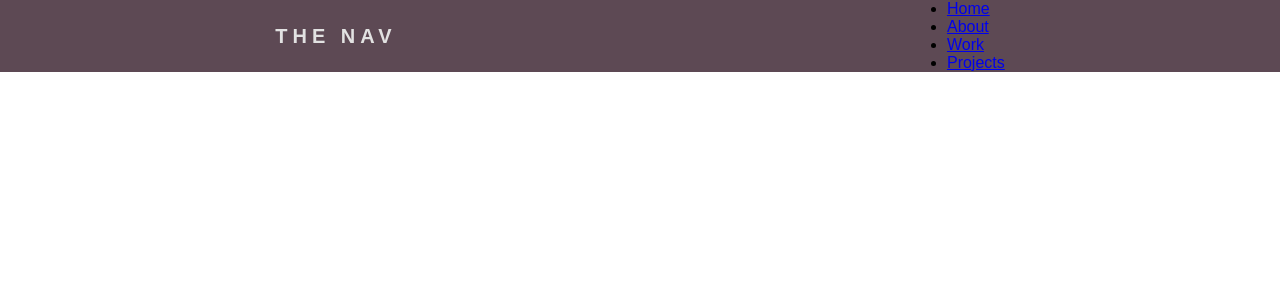
Repository: rmcc0724/html_challenge
Page: responsive-navbar/index.html
The author's editor kept a record of every edit. The page is drawn from the files as they stood at one moment, then again after the next edit.
The browser window is 1280 px wide. The pictures show the whole page.

Above is the page before.
Console error: TypeError: Cannot read properties of null (reading 'addEventListener')

### responsive-navbar/index.html
<!DOCTYPE html>
<html lang="en">

<head>
    <meta charset="UTF-8">
    <link type="text/css" rel="stylesheet" href="style.css">
    <title>Budgety</title>
</head>

<body>
    <nav>
        <div class='logo'>
            <h4>
                The Nav
            </h4>
        </div>
        <ul>
            <li>
                <a href="#">Home</a>
            </li>
            <li>
                <a href="#">About</a>
            </li>
            <li>
                <a href="#">Work</a>
            </li>
            <li>
                <a href="#">Projects</a>
            </li>
        </ul>
    </nav>


</body>
<script src="app.js"></script>

</html>

### responsive-navbar/style.css
* {
    margin: 0;
    padding: 0;
    box-sizing: border-box;
}

nav {
    display: flex;
    justify-content: space-around;
    align-items: center;
    min-height: 8vh;
    background-color: #5D4954;
    font-family: 'Montserrat', sans-serif;
}

.logo {
    color: rgb(226, 226, 226);
    text-transform: uppercase;
    letter-spacing: 5px;
    font-size: 20px
}

.nav-links {
    display: flex;
    justify-content: space-around;
    width: 390px;
}

.nav-links {
    list-style: none;
}

.nav-links a {
    color: rgb(226, 226, 226);
    text-decoration: none;
    letter-spacing: 3px;
    font-weight: bold;
    font-size: 14px;
}

.burger div {
    width: 25px;
    height: 3px;
    background-color: rgb(226, 226, 226);
    margin: 5px;
}

.burger {
    display: none;
}


@media screen and (max-width:768px) {
    .nav-links {
        position: absolute;
        right: 0px;
        height: 92vh;
        top: 8vh;
        background-color: #5D4954;
        display: flex;
        flex-direction: column;
        align-items: center;
        width: 50%;
        transform: translate(100%);
        transition: transform 0.5s ease-in;
    }

    .nav-links li {
        opacity: 0;
    }

    .burger {
        display: block;
    }

    .nav-active {
        transform: translate(0%);
    }

    @keyframes navLinkFade {
        from{

        }
        to{

        }
    }
}

### responsive-navbar/app.js
const navSlide = () => {
    const burger = document.querySelector('.burger');
    const nav = document.querySelector('.nav-links');

    burger.addEventListener('click', () => {
        nav.classList.toggle('nav-active');
    });

    navLinks.forEach((link, index) => {
        link.style.animation = `navLinkFade 0.5s ease forwards ${index / 7}s`;
    });
};

navSlide();

After the next edit:
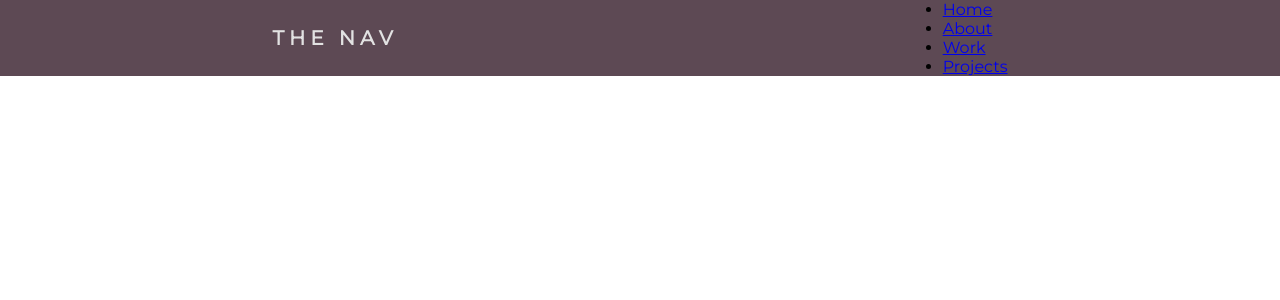
The edit:
--- a/responsive-navbar/index.html
+++ b/responsive-navbar/index.html
@@ -3,6 +3,9 @@
 
 <head>
     <meta charset="UTF-8">
+    <meta name="viewport" content="width=device-width, initial-scale=1.0">
+    <meta http-equiv="X-UA-Compatible" content="ie=edge">
+    <link href="https://fonts.googleapis.com/css?family=Montserrat" rel="stylesheet">
     <link type="text/css" rel="stylesheet" href="style.css">
     <title>Budgety</title>
 </head>
